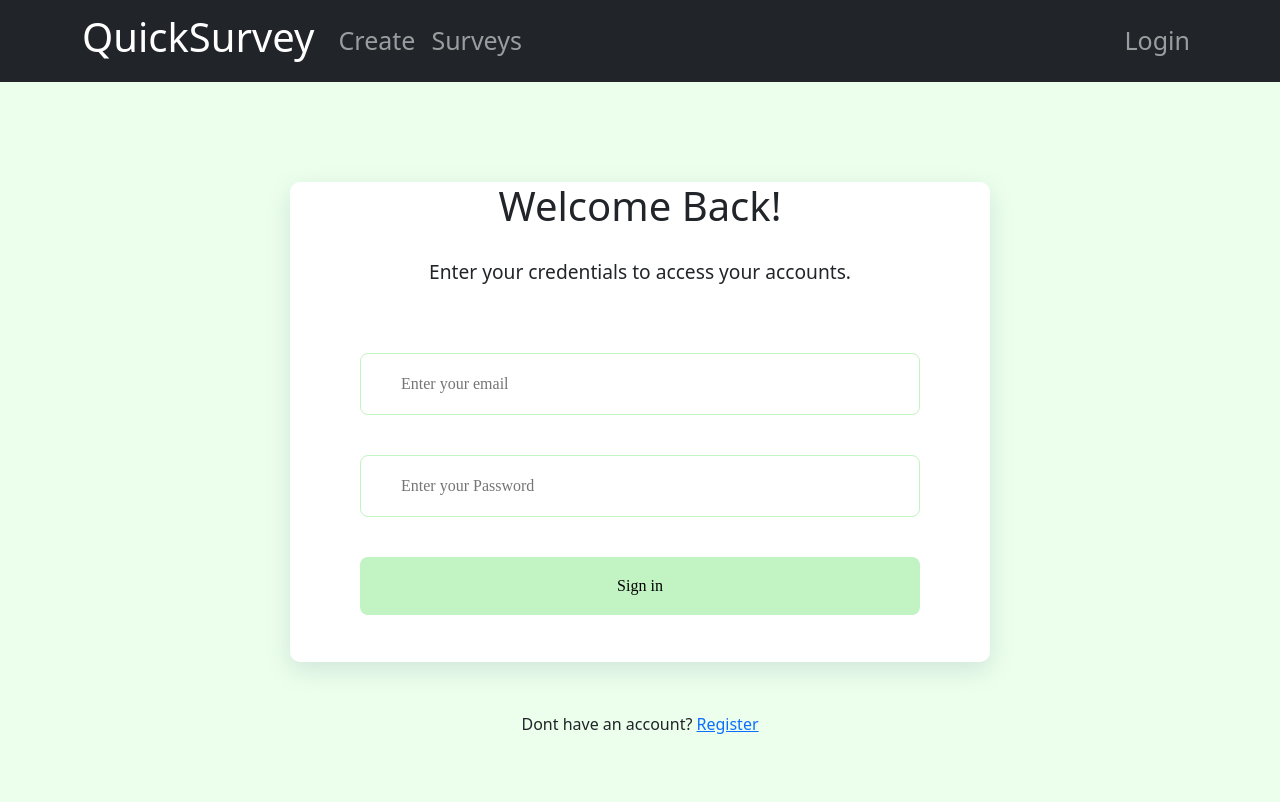
Repository: cakuang1/QuickSurveyReact
Page: /login
An editor plug-in stored every save of this project. The page is shown before and after a run of saves, followed by the edit.
The browser window is 1280 px wide. The pictures show the whole page.
The project was rebuilt for these pictures with package versions that can differ from the ones it lists, and the page was loaded fresh each time. Also part of the build but not shown: src/index.css, src/pages/home/home.js, src/pages/create/create.js, src/pages/pastsurveys/pastsurveys.js, src/pages/register/register.js.

Above is the page before, as saved 2022-07-24 21:03:05.

After the next 2 saves:
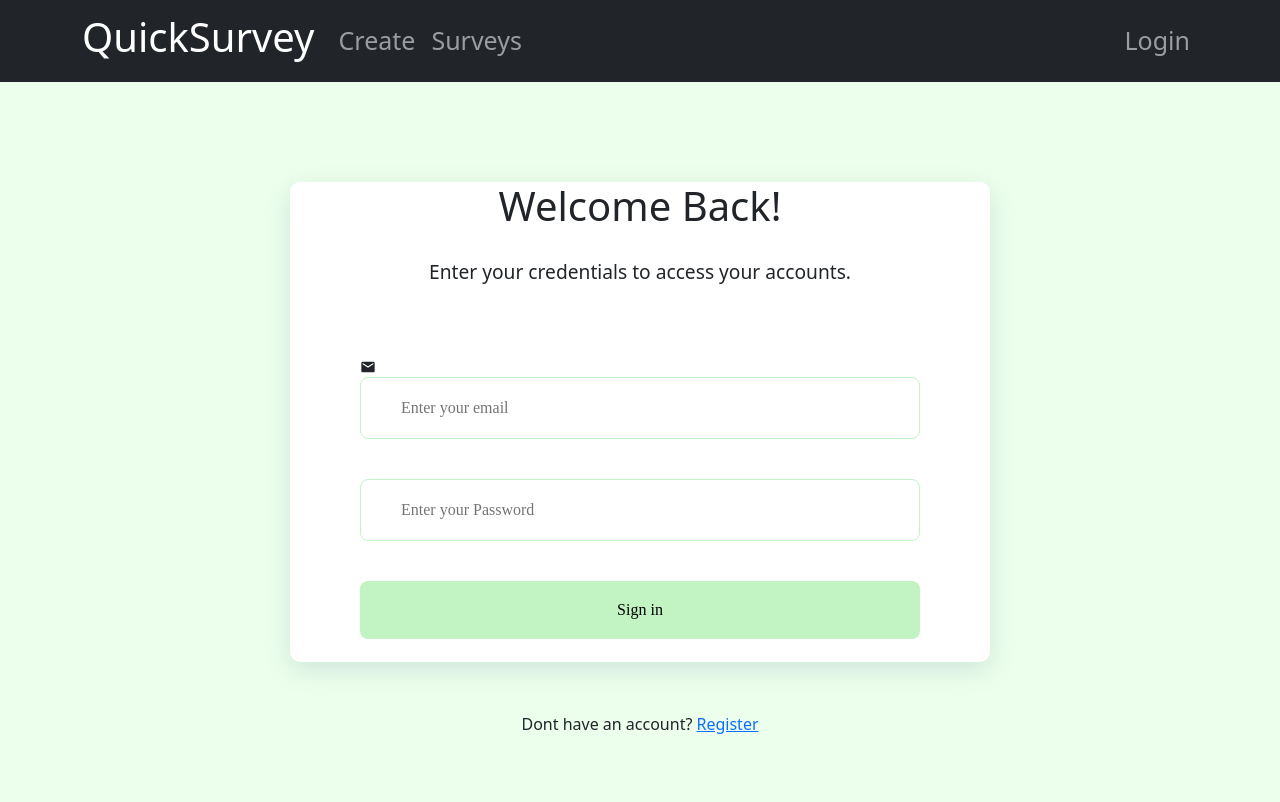
The 2 saves are shown as one change because 1 did not build or start.
The last was saved 15 s later.
--- a/src/pages/login/login.js
+++ b/src/pages/login/login.js
@@ -24,7 +24,7 @@ function Login() {
                     Enter your credentials to access your accounts.
                 </p>
                 <form className='loginform'>
-                    <i class="fa fa-user icon"></i>
+                    <i class="fa fa-user icon"><MdEmail/></i>
                     <input id = "email" name = "email" placeholder='Enter your email' onChange={handleChange} value = {inputs.email || ""}/>
                     <input id = "password" name = "password" placeholder='Enter your Password' onChange={handleChange} value = {inputs.password || ""}/>
                     <button type = "submit"> Sign in</button>
